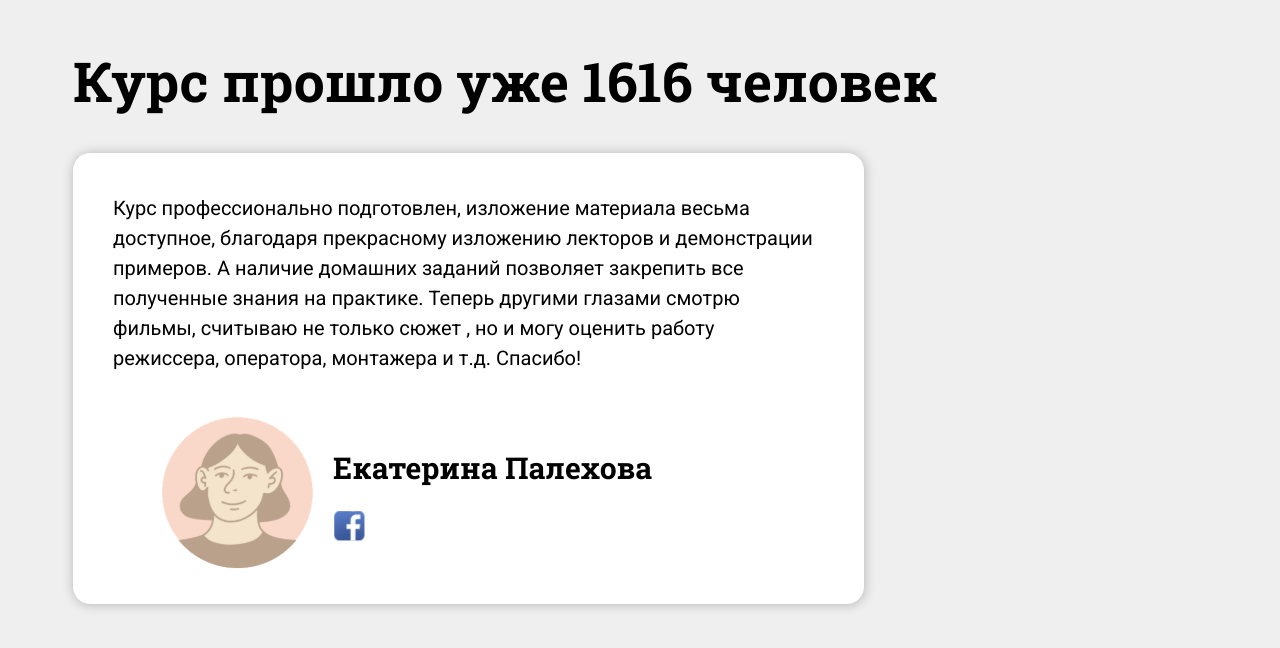
Repository: Solf555/task1
Page: index.html
The author's editor kept a copy of each file at every save. The page is drawn from the files as they stood at one save, then again after a run of saves.
The browser window is 1280 px wide. The pictures show the whole page.

Above is the page before, as saved 2023-12-16 13:23:05.

### index.html
<!DOCTYPE html>
<html lang="en">
  <head>
    <meta charset="UTF-8" />
    <meta name="viewport" content="width=device-width, initial-scale=1.0" />
    <title>Document</title>
    <link rel="stylesheet" href="index.css" />
  </head>
  <body>
    <div class="parent-element">
      <h1>Курс прошло уже 1616 человек</h1>
      <div class="card">
        <p class="text1">
          Курс профессионально подготовлен, изложение материала весьма
          доступное, благодаря прекрасному изложению лекторов и демонстрации
          примеров. А наличие домашних заданий позволяет закрепить все
          полученные знания на практике. Теперь другими глазами смотрю фильмы,
          считываю не только сюжет , но и могу оценить работу режиссера,
          оператора, монтажера и т.д. Спасибо!
        </p>
        <div class="card2">
          <img class="girl" src="images/1 9 (1).svg" alt="" />
          <div class="card3">
            <h2>Екатерина Палехова</h2>
            <img class="fc1" src="./images/fb_2 1.svg" alt="" />
          </div>
        </div>
      </div>
    </div>
  </body>
</html>

### index.css
@import url("https://fonts.googleapis.com/css2?family=Roboto&family=Roboto+Slab:wght@700&display=swap");
* {
  margin: 0px;
  padding: 0px;
  box-sizing: border-box;
}

.parent-element {
  background-color: #efefef;
  padding: 53px 0px 65px 73px;
  min-height: 100vh;
}
h1 {
  color: #000;
  font-family: Roboto Slab;
  font-size: 32px;
  font-style: normal;
  font-weight: 700;
  line-height: 101.385%;
  margin-bottom: 44px;
}
.card {
  padding: 40px 46px 0 40px;
  border-radius: 17.375px;
  background: #fff;
  box-shadow: 0.579px 0.579px 11.583px 0px rgba(0, 0, 0, 0.25);
  width: 458.121px;
  width: 791px;
  height: 451px;
}
h1 {
  color: #000;
  font-family: Roboto Slab;
  font-size: 55px;
  font-style: normal;
  font-weight: 700;
  line-height: 101.385%; /* 55.762px */
}
.text1 {
  color: #000;
  font-family: Roboto;
  font-size: 20px;
  font-style: normal;
  font-weight: 400;
  line-height: 150%; /* 30px */
  padding-bottom: 35px;
}

.fc1 {
  width: 32px;
  height: 31px;
  flex-shrink: 0;
}
.girl {
  padding-left: 30px;
}

h2 {
  color: #000;
  font-family: Roboto Slab;
  font-size: 30px;
  font-style: normal;
  font-weight: 700;
  line-height: 101.385%; /* 30.415px */
  padding-top: 45px;
  padding-bottom: 28px;
}

.card2 {
  display: flex;
}

After the next 2 saves:
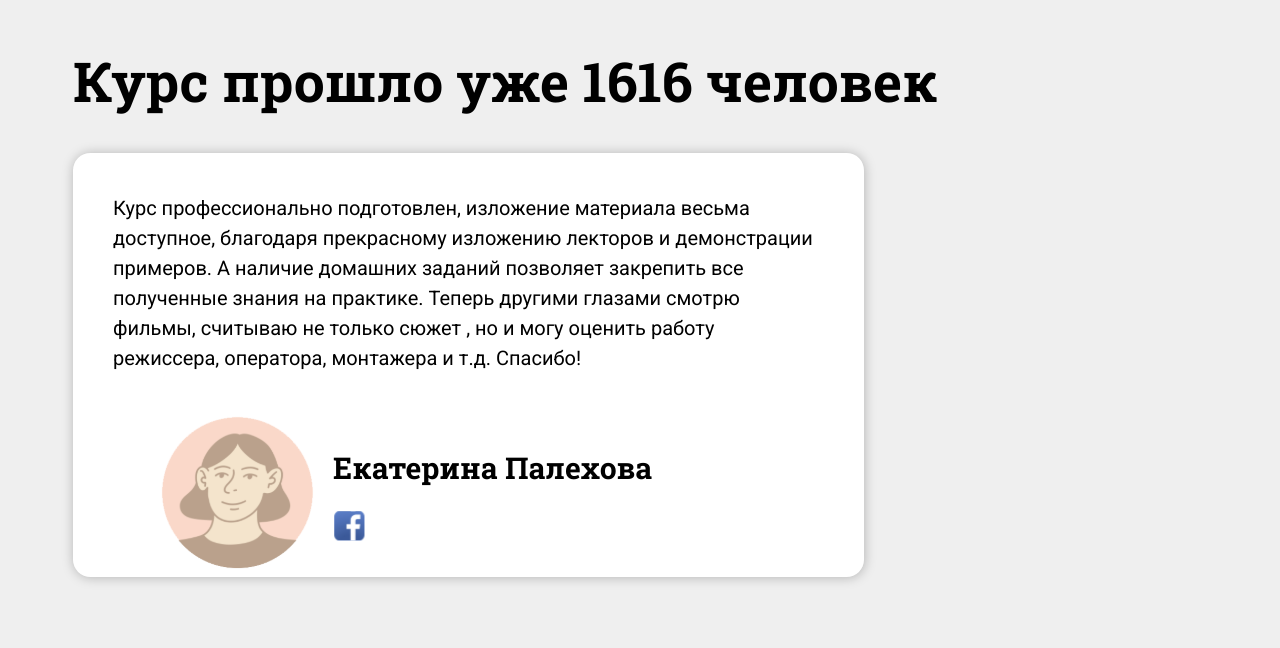
The 2 saves are shown as one change because they came seconds apart.
The last was saved 28 s later.
--- a/index.css
+++ b/index.css
@@ -24,9 +24,7 @@ h1 {
   border-radius: 17.375px;
   background: #fff;
   box-shadow: 0.579px 0.579px 11.583px 0px rgba(0, 0, 0, 0.25);
-  width: 458.121px;
   width: 791px;
-  height: 451px;
 }
 h1 {
   color: #000;
